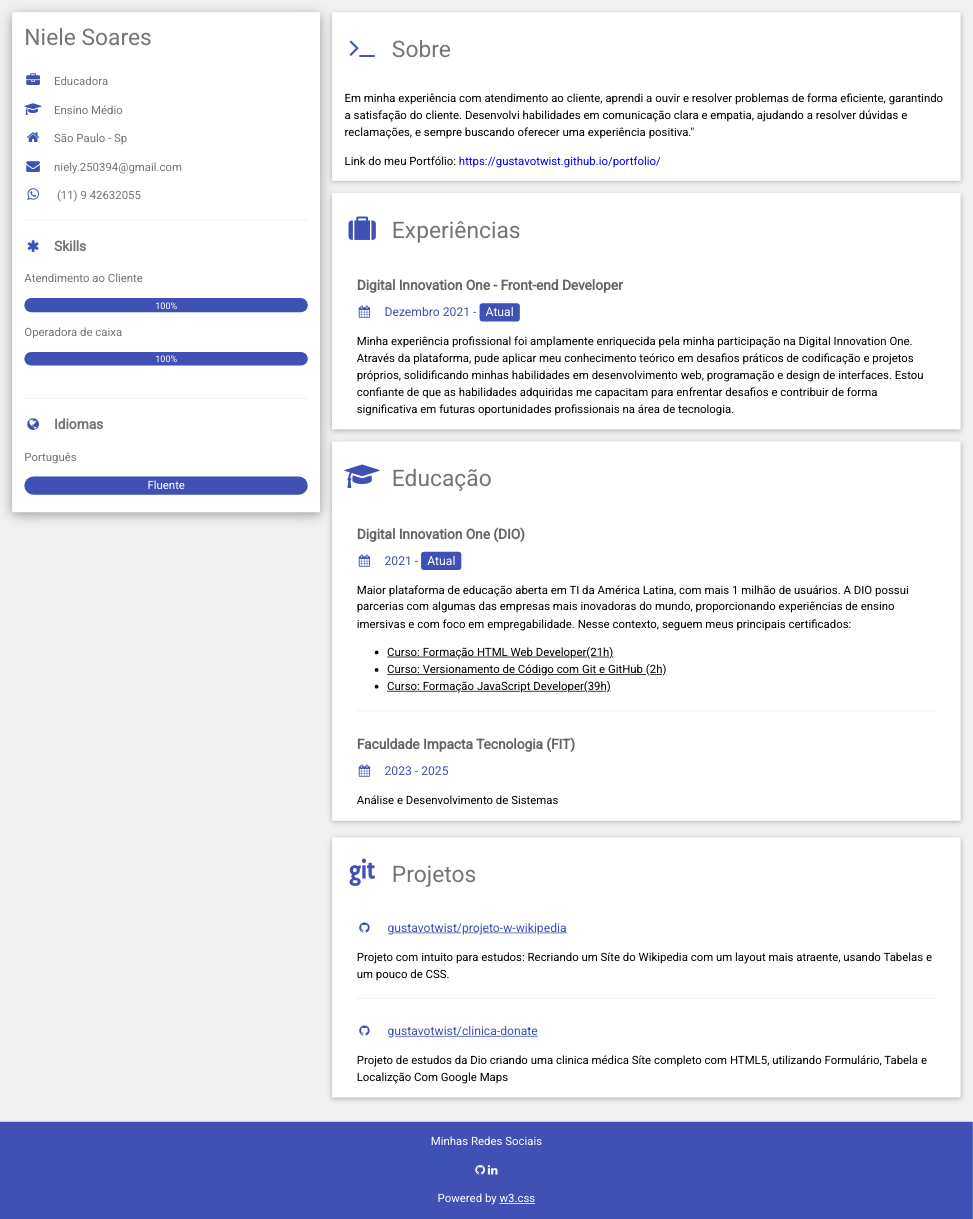
Repository: gustavotwist/cv2
Page: index.html
The author's editor kept a copy of each file at every save. The page is drawn from the files as they stood at one save, then again after the next save.
The browser window is 1280 px wide. The pictures show the whole page, at 76% of full size.

Above is the page before, as saved 2024-08-23 17:22:23.

### index.html
<!DOCTYPE html>
<!-- @falvojr: Reference article https://www.w3schools.com/howto/howto_website_create_resume.asp -->
<!-- @falvojr: Useful link to use fontawesome (fa) icons: https://fontawesome.com/v4/icons/ -->
<html lang="pt-BR">

  <head>
    <title>Niele Soares</title>

    <meta http-equiv="Content-Type" content="text/html; charset=UTF-8">
    <meta name="viewport" content="width=device-width, initial-scale=1">

    <link rel="stylesheet" href="https://www.w3schools.com/w3css/4/w3.css">
    <link rel='stylesheet' href='https://fonts.googleapis.com/css?family=Roboto'>
    <link rel="stylesheet" href="https://cdnjs.cloudflare.com/ajax/libs/font-awesome/4.7.0/css/font-awesome.min.css">

    <style>
      html,body,h1,h2,h3,h4,h5,h6 {font-family: "Roboto", sans-serif}
    </style>

  </head>

  <body class="w3-light-grey" cz-shortcut-listen="true">

    <!-- Page Container -->
    <div class="w3-content w3-margin-top" style="max-width:1400px;">

      <!-- The Grid -->
      <div class="w3-row-padding">

        <!-- Left Column -->
        <div class="w3-third">

          <div class="w3-white w3-text-grey w3-card-4">
            <!-- @falvojr: This container has been modified to not use a profile picture. -->
            <div class="w3-container">
              <h2>Niele Soares</h2>
            </div>
            <div class="w3-container">
              <p><i class="fa fa-briefcase fa-fw w3-margin-right w3-large w3-text-indigo"></i>Educadora</p>
              <p><i class="fa fa-graduation-cap fa-fw w3-margin-right w3-large w3-text-indigo"></i>Ensino Médio</p>
              <p><i class="fa fa-home fa-fw w3-margin-right w3-large w3-text-indigo"></i>São Paulo - Sp</p>
              <p><i class="fa fa-envelope fa-fw w3-margin-right w3-large w3-text-indigo"></i><a href="mailto:niely.250394@gmail.com" style="text-decoration: none;">niely.250394@gmail.com</a></p>
              <p ><i class="fa fa-whatsapp fa-fw w3-margin-right w3-large w3-text-indigo"></i> <a href="tel:(11) 9 42632055" style="text-decoration: none;"> (11) 9 42632055</a> </p>
              <hr>

              <p class="w3-large">
                <b><i class="fa fa-asterisk fa-fw w3-margin-right w3-text-indigo"></i>Skills</b>
              </p>
              <p>Atendimento ao Cliente</p>
              <div class="w3-light-grey w3-round-xlarge w3-small">
                <div class="w3-container w3-center w3-round-xlarge w3-indigo" style="width:100%">100%</div>
              </div>
              <p>Operadora de caixa</p>
              <div class="w3-light-grey w3-round-xlarge w3-small">
                <div class="w3-container w3-center w3-round-xlarge w3-indigo" style="width:100%">100%</div>
              </div>
              <br>
              <hr>
              <p class="w3-large w3-text-theme">
                <b><i class="fa fa-globe fa-fw w3-margin-right w3-text-indigo"></i>Idiomas</b>
              </p>
              <p>Português</p>
              <div class="w3-light-grey w3-round-xlarge">
                <div class="w3-container w3-center w3-round-xlarge w3-indigo" style="height:24px;width:100%">Fluente</div>
              </div>
              <br>
            </div>
          </div><br>

          <!-- End Left Column -->
        </div>

        <!-- Right Column -->
        <div class="w3-twothird">

          <div class="w3-container w3-card w3-white w3-margin-bottom">
            <h2 class="w3-text-grey w3-padding-16"><i class="fa fa-terminal fa-fw w3-margin-right w3-xxlarge w3-text-indigo"></i>Sobre</h2>
            <p>Em minha experiência com atendimento ao cliente, aprendi a ouvir e resolver problemas de forma eficiente, garantindo a satisfação do cliente. Desenvolvi habilidades em comunicação clara e empatia, ajudando a resolver dúvidas e reclamações, e sempre buscando oferecer uma experiência positiva."</p>
            <p>Link do meu Portfólio: <a href="https://gustavotwist.github.io/portfolio/" target="_blank" style="color: blue; text-decoration: none;">https://gustavotwist.github.io/portfolio/</a></p>
          </div>

          <div class="w3-container w3-card w3-white w3-margin-bottom">
            <h2 class="w3-text-grey w3-padding-16">
              <i class="fa fa-suitcase fa-fw w3-margin-right w3-xxlarge w3-text-indigo"></i>Experiências
            </h2>
            <div class="w3-container">
              <h5 class="w3-opacity"><b>Digital Innovation One - Front-end Developer</b></h5>
                <h6 class="w3-text-indigo"><i class="fa fa-calendar fa-fw w3-margin-right"></i>Dezembro 2021 - <span class="w3-tag w3-indigo w3-round">Atual</span></h6>
                <p>
                    Minha experiência profissional foi amplamente enriquecida pela minha participação na Digital Innovation One. Através da plataforma, pude aplicar meu conhecimento teórico em desafios práticos de codificação e projetos próprios, solidificando minhas habilidades em desenvolvimento web, programação e design de interfaces. Estou confiante de que as habilidades adquiridas me capacitam para enfrentar desafios e contribuir de forma significativa em futuras oportunidades profissionais na área de tecnologia.
                </p>

            </div>
          </div>

          <div class="w3-container w3-card w3-white">
            <h2 class="w3-text-grey w3-padding-16">
              <i class="fa fa-graduation-cap fa-fw w3-margin-right w3-xxlarge w3-text-indigo"></i>Educação
            </h2>
            <div class="w3-container">
              <h5 class="w3-opacity"><b>Digital Innovation One (DIO)</b></h5>
              <h6 class="w3-text-indigo"><i class="fa fa-calendar fa-fw w3-margin-right"></i>2021 - <span class="w3-tag w3-indigo w3-round">Atual</span></h6>
              <p>
                Maior plataforma de educação aberta em TI da América Latina, com mais 1 milhão de usuários.
                A DIO possui parcerias com algumas das empresas mais inovadoras do mundo, proporcionando experiências
                de ensino imersivas e com foco em empregabilidade. Nesse contexto, seguem meus principais certificados:
              </p>
              <ul>
                <li><a href="https://www.dio.me/certificate/VDSNYTO5" target="_blank">Curso: Formação HTML Web Developer(21h)</a></li>
                <li><a href="https://www.dio.me/certificate/EA66CA6A" target="_blank">Curso: Versionamento de Código com Git e GitHub (2h)</a></li>
                <li><a href="https://www.dio.me/certificate/OST0WIWG" target="_blank">Curso: Formação JavaScript Developer(39h)</a></li>
              </ul>
              <hr>
            </div>
            <div class="w3-container">
              <h5 class="w3-opacity"><b>Faculdade Impacta Tecnologia (FIT)</b></h5>
              <h6 class="w3-text-indigo"><i class="fa fa-calendar fa-fw w3-margin-right"></i>2023 - 2025</h6>
              <p>Análise e Desenvolvimento de Sistemas</p>
            </div>
          </div><br>
          <div class="w3-container w3-card w3-white w3-margin-bottom">
            <h2 class="w3-text-grey w3-padding-16">
              <i class="fa fa-git fa-fw w3-margin-right w3-xxlarge w3-text-indigo"></i>Projetos
            </h2>
            <div class="w3-container">
              <h6 class="w3-text-indigo">
                <i class="fa fa-github fa-fw w3-margin-right"></i>
                <a href="https://github.com/gustavotwist/projeto-w-wikipedia" target="_blank">gustavotwist/projeto-w-wikipedia</a>
              </h6>
              <p>Projeto com intuito para estudos: Recriando um Síte do Wikipedia com um layout mais atraente, usando Tabelas e um pouco de CSS.</p>
              <hr>
            </div>
            <div class="w3-container">
              <h6 class="w3-text-indigo">
                <i class="fa fa-github fa-fw w3-margin-right"></i>
                <a href="https://github.com/gustavotwist/clinica-donate" target="_blank">gustavotwist/clinica-donate</a>
              </h6>
              <p>Projeto de estudos da Dio criando uma clinica médica Síte completo com HTML5, utilizando Formulário, Tabela e Localizção Com Google Maps</p>
            </div>
          </div>

          <!-- End Right Column -->
        </div>

        <!-- End Grid -->
      </div>

      <!-- End Page Container -->
    </div>

    <footer class="w3-container w3-indigo w3-center w3-margin-top">
      <p>Minhas Redes Sociais</p>
      <a href="https://github.com/gustavotwist" target="_blank"><i class="fa fa-github w3-hover-opacity"></i></a>
      <a href="https://www.linkedin.com/in/gustavoalves7/" target="_blank"><i class="fa fa-linkedin w3-hover-opacity"></i></a>
      <p>Powered by <a href="https://www.w3schools.com/w3css/default.asp" target="_blank">w3.css</a></p>
    </footer>

  </body>

</html>

After the next save:
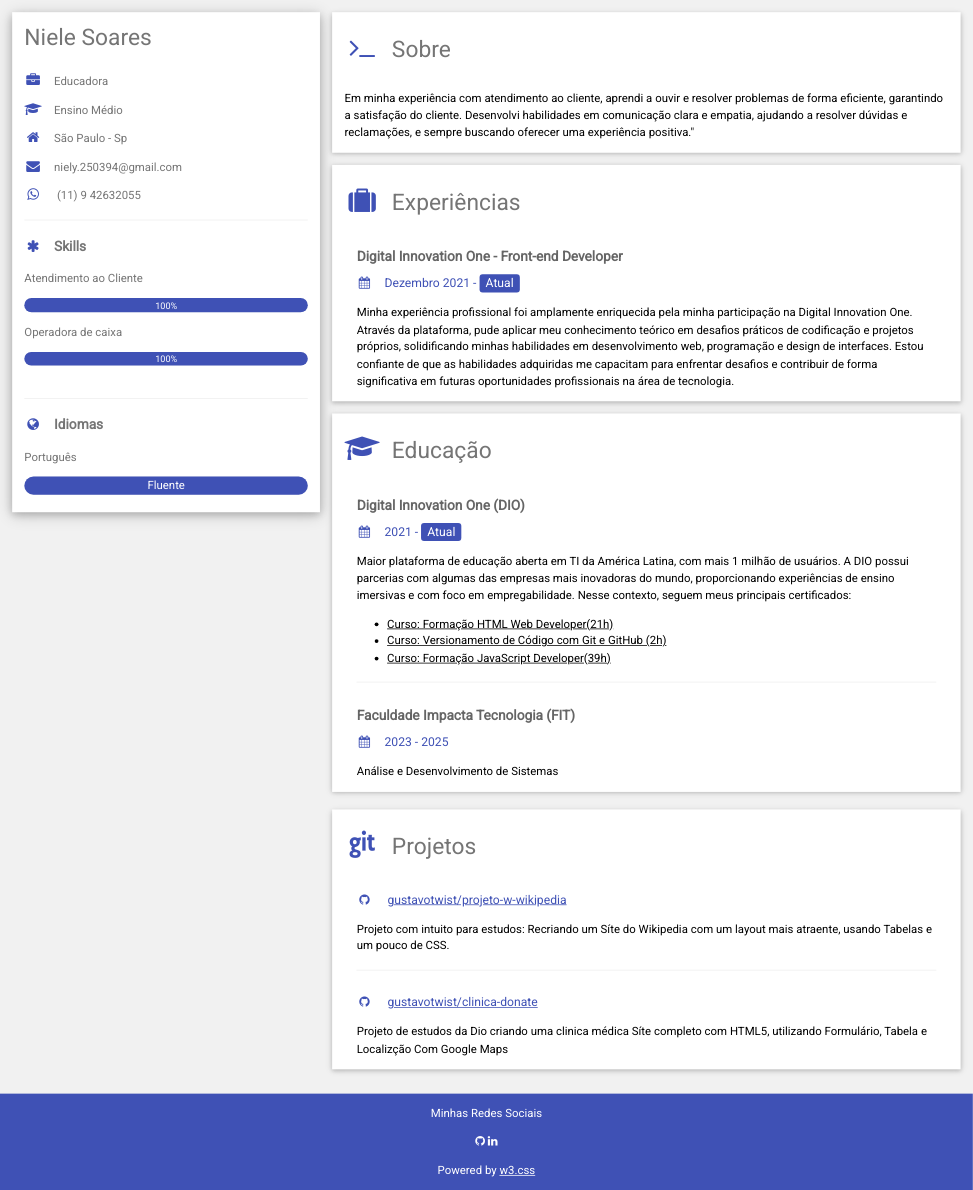
Saved 62 s later.
--- a/index.html
+++ b/index.html
@@ -76,7 +76,6 @@
           <div class="w3-container w3-card w3-white w3-margin-bottom">
             <h2 class="w3-text-grey w3-padding-16"><i class="fa fa-terminal fa-fw w3-margin-right w3-xxlarge w3-text-indigo"></i>Sobre</h2>
             <p>Em minha experiência com atendimento ao cliente, aprendi a ouvir e resolver problemas de forma eficiente, garantindo a satisfação do cliente. Desenvolvi habilidades em comunicação clara e empatia, ajudando a resolver dúvidas e reclamações, e sempre buscando oferecer uma experiência positiva."</p>
-            <p>Link do meu Portfólio: <a href="https://gustavotwist.github.io/portfolio/" target="_blank" style="color: blue; text-decoration: none;">https://gustavotwist.github.io/portfolio/</a></p>
           </div>
 
           <div class="w3-container w3-card w3-white w3-margin-bottom">
